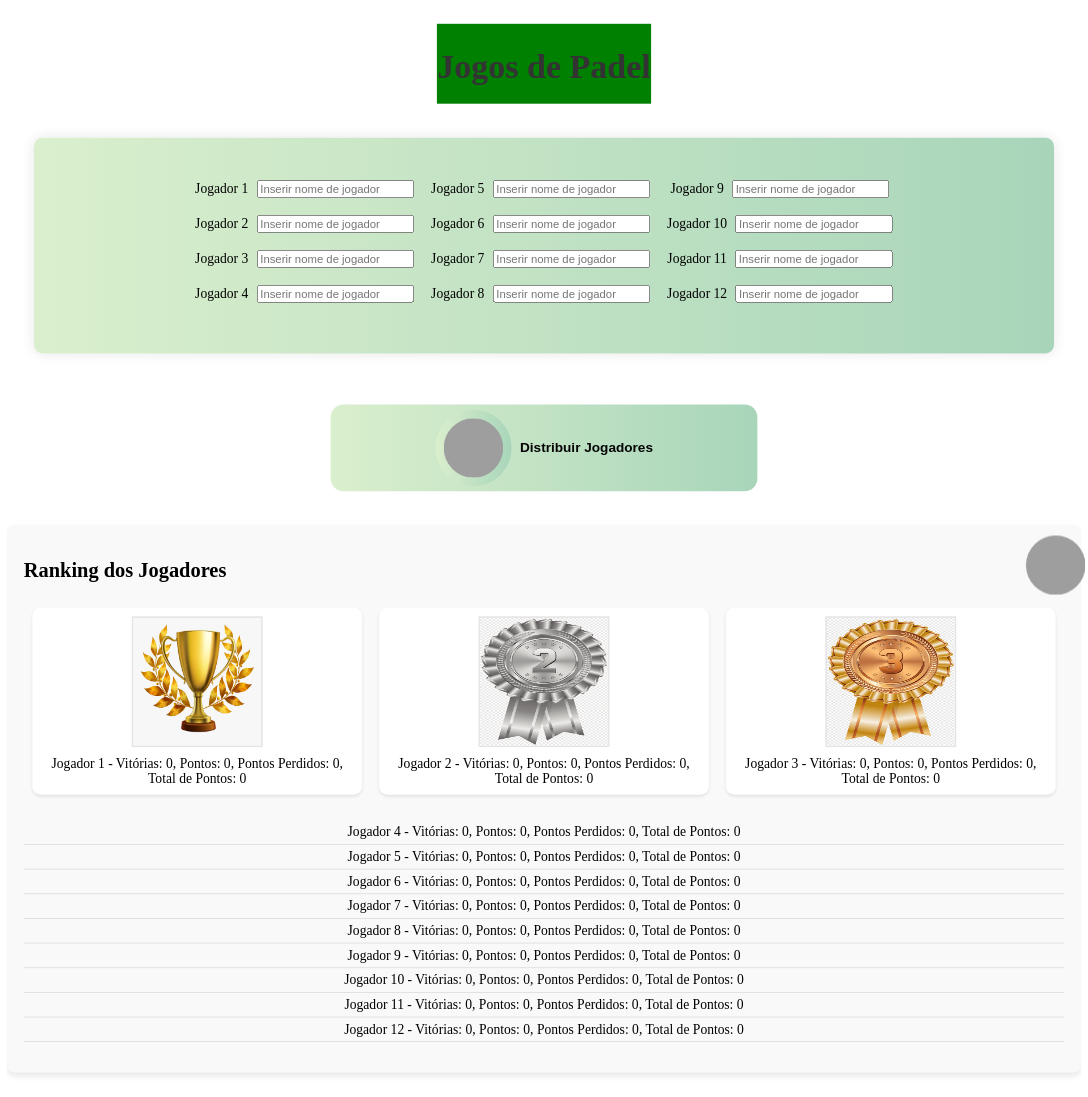
Repository: MarcioMiguel22/PadelMaster
Page: /calculadora
These files come from the project's save history. The page is drawn as it stood at one moment and after the next save; the edit follows.
The browser window is 1280 px wide. The pictures show the whole page, at 85% of full size.
Pictures or frames that could not be fetched are drawn as grey boxes. The project was rebuilt for these pictures with package versions that can differ from the ones it lists, and the page was loaded fresh each time. Also part of the build but not shown: vite.config.ts, src/pages/Home/Home.tsx, src/components/components_calculadora/TrocarJogadoresButton.module.css, src/components/components_calculadora/TrocarJogadoresButton.tsx, src/components/components_calculadora/Campo.tsx, src/components/components_calculadora/Jogo.tsx, src/components/components_calculadora/ExportButton.module.css, src/components/components_calculadora/ExportButton.tsx and 5 more.

Above is the page before, as saved 2024-06-20 10:10:20.

### src/main.tsx
///home/marciomiguel/code/MarcioMiguel22/Sites/PadelMaster/src/main.tsx
import { render } from 'react-dom';
import { StrictMode } from 'react';
import App from './App';
import './index.css';

const root = document.getElementById('root')!;
render(
  <StrictMode>
    <App />
  </StrictMode>,
  root
);

### src/App.tsx

///home/marciomiguel/code/MarcioMiguel22/Sites/PadelMaster/src/App.tsx

import { BrowserRouter, Routes, Route } from 'react-router-dom';
import Home from './pages/Home/Home';
import Calculadora from './pages/Calculadora/Calculadora';
import PlayerComponent from './pages/Player/playerComponent';
function App() {
  return (
    <BrowserRouter>
      <Routes>
        <Route path="/" element={<Home />} />
        <Route path="/calculadora" element={<Calculadora />} /> // Wrap Calculadora component with curly braces
        <Route path="/player-component" element={<PlayerComponent />} />
      </Routes>
    </BrowserRouter>
  );
}

export default App

### src/pages/Home/Home.module.css
.padelContainer {
  display: flex;
  flex-direction: column;
  align-items: center;
  justify-content: center;
  text-align: center;
  background-color: white;
  padding: 20px;
  border-radius: 10px;
  box-shadow: 0 0 10px rgba(0, 0, 0, 0.1);
  height: 100vh;
}

h1 {
  color: #333;
  margin-bottom: 20px;
}

.content {
  display: flex;
  flex-direction: column;
  align-items: center;
}

.padelImage {
  max-width: 50%; /* Increase this if necessary */
  width: auto;
  height: auto;
  border-radius: 10px;
  margin-bottom: 20px;
}

.enterButton {
  background-image: url('../../assets/images/tennis-ball.png'); /* Ensure the path is correct */
  background-size: cover;
  width: 60px;
  height: 60px;
  border: none;
  border-radius: 50%;
  cursor: pointer;
}

.enterButton:hover {
  transform: scale(2.0);
}

### src/components/components_calculadora/JogadoresLista.tsx
import React, { useRef, useEffect, useState } from 'react';
import JogadorItem, { InputRef } from './JogadorItem';
import { Jogador } from '../../utils/types/types';

interface JogadoresListaProps {
  jogadores: Jogador[];
  handleNomeChange: (id: number, novoNome: string) => void;
}

const JogadoresLista: React.FC<JogadoresListaProps> = ({ jogadores, handleNomeChange }) => {
  const [localJogadores, setLocalJogadores] = useState<Jogador[]>([]);
  const inputRefs = useRef<(InputRef | null)[]>([]);

  useEffect(() => {
    const storedJogadores = localStorage.getItem('jogadores');
    if (storedJogadores) {
      setLocalJogadores(JSON.parse(storedJogadores));
    } else {
      setLocalJogadores(jogadores);
    }
  }, [jogadores]);

  const focusNextInput = (index: number) => {
    if (index < inputRefs.current.length - 1) {
      inputRefs.current[index + 1]?.focus();
    }
  };

  const handleNomeChangeWithStorage = (id: number, novoNome: string) => {
    handleNomeChange(id, novoNome);
    const updatedJogadores = localJogadores.map(jogador =>
      jogador.id === id ? { ...jogador, nome: novoNome } : jogador
    );
    setLocalJogadores(updatedJogadores);
    localStorage.setItem('jogadores', JSON.stringify(updatedJogadores));
  };

  return (
    <div className="jogadores-lista">
      {Array.from({ length: 3 }, (_, i) => (
        <div className="jogadores-coluna" key={i}>
          {localJogadores.slice(i * 4, (i + 1) * 4).map((jogador, jIndex) => (
            <JogadorItem
              key={jogador.id}
              jogador={jogador}
              handleNomeChange={handleNomeChangeWithStorage}
              focusNextInput={() => focusNextInput(i * 4 + jIndex)}
              ref={(el) => (inputRefs.current[i * 4 + jIndex] = el)}
            />
          ))}
        </div>
      ))}
    </div>
  );
};

export default JogadoresLista;

### src/components/components_calculadora/Ranking.tsx
import React from 'react';
import ouro from '../../assets/images/ouro.png';
import prata from '../../assets/images/prata.png';
import bronze from '../../assets/images/bronze.png';
import styles from './Ranking.module.css';

interface Jogador {
  id: number;
  nome: string;
  vitorias: number;
  pontos: number;
  pontosPerdidos: number;
  totalPontos: number; // Adicione esta linha
}

interface RankingProps {
  jogadoresClassificados: Jogador[];
}

const Ranking: React.FC<RankingProps> = ({ jogadoresClassificados }) => {
  const top3 = jogadoresClassificados.slice(0, 3);
  const outrosJogadores = jogadoresClassificados.slice(3);

  const medalhas = [ouro, prata, bronze];

  return (
    <div className={styles.rankingContainer}>
      <h2>Ranking dos Jogadores</h2>
      <div className={styles.top3Container}>
        {top3.map((jogador, index) => (
          <div key={jogador.id} className={styles.top3Item}>
            <img src={medalhas[index]} alt={`Medalha de ${index + 1}`} className={styles.medalha} />
            {jogador.nome} - Vitórias: {jogador.vitorias}, Pontos: {jogador.pontos}, Pontos Perdidos: {jogador.pontosPerdidos}, Total de Pontos: {jogador.totalPontos}
          </div>
        ))}
      </div>
      <ul className={styles.outrosJogadores}>
        {outrosJogadores.map((jogador) => (
          <li key={jogador.id}>
            {jogador.nome} - Vitórias: {jogador.vitorias}, Pontos: {jogador.pontos}, Pontos Perdidos: {jogador.pontosPerdidos}, Total de Pontos: {jogador.totalPontos}
          </li>
        ))}
      </ul>
    </div>
  );
};

export default Ranking;

### src/components/components_calculadora/ScrollToTopButton.tsx
import React, { useState } from 'react';
import tennisBall from '../../assets/images/tennis-ball.png';
import styles from './ScrollToTopButton.module.css';

interface ScrollToTopButtonProps {
  refs: (React.RefObject<HTMLDivElement> | HTMLDivElement | null)[];
}

const ScrollToTopButton: React.FC<ScrollToTopButtonProps> = ({ refs }) => {
  const [animation, setAnimation] = useState<string>('');

  const handleScroll = () => {
    if (window.scrollY > 0) {
      setAnimation(styles.bounce);
      setTimeout(() => {
        window.scrollTo({ top: 0, behavior: 'smooth' });
        setAnimation('');
      }, 500);
    } else {
      setAnimation(styles.disappear);
      setTimeout(() => {
        refs.forEach((ref) => {
          if (ref && 'current' in ref) {
            ref.current?.scrollIntoView({ behavior: 'smooth' });
          } else if (ref) {
            (ref as HTMLDivElement).scrollIntoView({ behavior: 'smooth' });
          }
        });
        setAnimation('');
      }, 500);
    }
  };

  return (
    <button onClick={handleScroll} className={styles.scrollToTop}>
      <img src={tennisBall} alt="Tennis Ball" className={`${styles.tennisBall} ${animation}`} />
    </button>
  );
};

export default ScrollToTopButton;

### src/components/components_calculadora/DistributeButton.tsx
//src/components/components_calculadora/DistributeButton.tsx
import React from 'react';
import tennisBall from '../../assets/images/tennis-ball.png';
import styles from './DistributeButton.module.css'; // Importando o arquivo CSS Module

const DistributeButton: React.FC<{ onClick: () => void }> = ({ onClick }) => {
  return (
    <div className={styles.container}>
      <button onClick={onClick} className={styles.distributeButton}>
        <img src={tennisBall} alt="Tennis Ball" className={styles.tennisBall} />
        <span className={styles.label}>Distribuir Jogadores</span>
      </button>
    </div>
  );
};

export default DistributeButton;

### src/utils/gameLogic.ts
// src/utils/gameLogic.ts

import { Jogador, Time, Campo as CampoType } from '../utils/types/types';
import { embaralharArray } from './utils'; // Importe a função de embaralhamento do utils.ts

export const criarTimes = (jogadores: Jogador[]): Time[] => {
  const jogadoresEmbaralhados = embaralharArray(jogadores);
  const times: Time[] = [];
  for (let i = 0; i < jogadoresEmbaralhados.length; i += 2) {
    times.push({ jogadores: jogadoresEmbaralhados.slice(i, i + 2), resultado: 0 });
  }
  return times;
};

export const criarCampos = (times: Time[]): CampoType[] => [
  { id: 1, times: times.slice(0, 2) },
  { id: 2, times: times.slice(2, 4) },
  { id: 3, times: times.slice(4, 6) },
];

export const atualizarRanking = (jogadores: Jogador[], jogos: CampoType[][]) => {
  const jogadoresAtualizados = [...jogadores].map(jogador => {
    let vitorias = 0;
    let pontos = 0;
    let pontosPerdidos = 0;
    jogos.forEach(jogo => {
      jogo.forEach(campo => {
        campo.times.forEach(time => {
          if (time.jogadores.some(j => j.id === jogador.id)) {
            pontos += time.resultado;
            const oponente = campo.times[1 - campo.times.indexOf(time)];
            pontosPerdidos += oponente.resultado;
            if (time.resultado > oponente.resultado) {
              vitorias += 1;
            }
          }
        });
      });
    });
    const totalPontos = pontos - pontosPerdidos;
    return { ...jogador, vitorias, pontos, pontosPerdidos, totalPontos };
  });

  return jogadoresAtualizados.sort((a, b) => {
    if (b.totalPontos === a.totalPontos) {
      if (b.vitorias === a.vitorias) {
        return b.pontos - a.pontos;
      }
      return b.vitorias - a.vitorias;
    }
    return b.totalPontos - a.totalPontos; // Maior totalPontos classifica mais alto
  });
};

export const trocarJogadores = (jogos: CampoType[][], campoId: number) => {
  const novosJogos = [...jogos];
  const ultimoJogo = novosJogos[novosJogos.length - 1];
  const campo = ultimoJogo.find(c => c.id === campoId);
  if (!campo) return novosJogos;

  const [time1, time2] = campo.times;
  const jogadoresCampo = [...time1.jogadores, ...time2.jogadores];

  // Embaralhar jogadores que chegaram ao campo
  const jogadoresEmbaralhados = embaralharArray(jogadoresCampo);

  campo.times = [
    { jogadores: jogadoresEmbaralhados.slice(0, 2), resultado: 0 },
    { jogadores: jogadoresEmbaralhados.slice(2, 4), resultado: 0 },
  ];

  return novosJogos;
};

export const iniciarProximoJogo = (jogos: CampoType[][]) => {
  const ultimoJogo = jogos[jogos.length - 1];
  const novosCampos: CampoType[] = [
    { id: 1, times: [] },
    { id: 2, times: [] },
    { id: 3, times: [] },
  ];

  const campo1 = ultimoJogo.find(campo => campo.id === 1);
  const campo2 = ultimoJogo.find(campo => campo.id === 2);
  const campo3 = ultimoJogo.find(campo => campo.id === 3);

  if (campo1 && campo2 && campo3) {
    const [time1Campo1, time2Campo1] = campo1.times;
    const [time1Campo2, time2Campo2] = campo2.times;
    const [time1Campo3, time2Campo3] = campo3.times;

    const vencedoresCampo1 = time1Campo1.resultado > time2Campo1.resultado ? time1Campo1.jogadores : time2Campo1.jogadores;
    const perdedoresCampo1 = time1Campo1.resultado > time2Campo1.resultado ? time2Campo1.jogadores : time1Campo1.jogadores;

    const vencedoresCampo2 = time1Campo2.resultado > time2Campo2.resultado ? time1Campo2.jogadores : time2Campo2.jogadores;
    const perdedoresCampo2 = time1Campo2.resultado > time2Campo2.resultado ? time2Campo2.jogadores : time1Campo2.jogadores;

    const vencedoresCampo3 = time1Campo3.resultado > time2Campo3.resultado ? time1Campo3.jogadores : time2Campo3.jogadores;
    const perdedoresCampo3 = time1Campo3.resultado > time2Campo3.resultado ? time2Campo3.jogadores : time1Campo3.jogadores;

    // Campo 1: vencedores do campo 1 e vencedores do campo 2
    novosCampos[0].times.push(
      { jogadores: [vencedoresCampo1[0], vencedoresCampo2[0]], resultado: 0 },
      { jogadores: [vencedoresCampo1[1], vencedoresCampo2[1]], resultado: 0 }
    );

    // Campo 2: perdedores do campo 1 e vencedores do campo 3
    novosCampos[1].times.push(
      { jogadores: [perdedoresCampo1[0], vencedoresCampo3[0]], resultado: 0 },
      { jogadores: [perdedoresCampo1[1], vencedoresCampo3[1]], resultado: 0 }
    );

    // Campo 3: perdedores do campo 2 e perdedores do campo 3
    novosCampos[2].times.push(
      { jogadores: [perdedoresCampo2[0], perdedoresCampo3[0]], resultado: 0 },
      { jogadores: [perdedoresCampo2[1], perdedoresCampo3[1]], resultado: 0 }
    );
  }

  return [...jogos, novosCampos];
};

### src/utils/playerUtils.ts
// src/utils/playerUtils.ts

import { Jogador } from '../utils/types/types';

export const handleNomeChange = (jogadores: Jogador[], id: number, novoNome: string): Jogador[] => {
  return jogadores.map(jogador =>
    jogador.id === id ? { ...jogador, nome: novoNome } : jogador
  );
};

export const selecionarJogador = (jogadoresSelecionados: Jogador[], jogador: Jogador): Jogador[] => {
  if (jogadoresSelecionados.includes(jogador)) {
    return jogadoresSelecionados.filter(j => j.id !== jogador.id);
  } else {
    if (jogadoresSelecionados.length < 2) {
      return [...jogadoresSelecionados, jogador];
    } else {
      return jogadoresSelecionados;
    }
  }
};

### src/utils/resultUtils.ts
// src/utils/resultUtils.ts

import { Campo as CampoType } from '../utils/types/types';

export const todosResultadosInseridos = (jogos: CampoType[][]): boolean => {
  return jogos.length > 0 && jogos.every(jogo =>
    jogo.every(campo =>
      campo.times.every(time =>
        typeof time.resultado === 'number'
      )
    )
  );
};

### src/components/components_calculadora/Titulo.tsx
// src/components/Titulo.tsx
import React from 'react';
import styles from './Titulo.module.css';

interface TituloProps {
  texto: string;
}

const Titulo: React.FC<TituloProps> = ({ texto }) => {
  return (
    <div className={styles.container}>
      <h1 className={styles.titulo}>{texto}</h1>
    </div>
  );
};

export default Titulo;

### src/components/components_calculadora/JogadorItem.tsx

import React, { useState, useEffect, useRef, forwardRef, useImperativeHandle } from 'react';
import { Jogador } from '../../utils/types/types'; // Importando o tipo Jogador

interface JogadorItemProps {
  jogador: Jogador;
  handleNomeChange: (id: number, novoNome: string) => void;
  focusNextInput: () => void;
}

export interface InputRef {
  focus: () => void;
}

const JogadorItem = forwardRef<InputRef, JogadorItemProps>(({ jogador, handleNomeChange, focusNextInput }, ref) => {
  const [nome, setNome] = useState('');
  const inputRef = useRef<HTMLInputElement>(null);

  useImperativeHandle(ref, () => ({
    focus: () => {
      inputRef.current?.focus();
    }
  }));

  useEffect(() => {
    // Set the initial value for the input
    setNome(jogador.nome === `Jogador ${jogador.id}` ? '' : jogador.nome);
  }, [jogador.nome, jogador.id]);

  const handleBlur = () => {
    if (nome.trim() === '') {
      handleNomeChange(jogador.id, `Jogador ${jogador.id}`);
      setNome('');
    } else {
      handleNomeChange(jogador.id, nome);
    }
  };

  const handleKeyDown = (e: React.KeyboardEvent) => {
    if (e.key === 'Enter') {
      focusNextInput();
    }
  };

  return (
    <div className="jogador-item">
      <label>{`Jogador ${jogador.id}`}</label>
      <input
        ref={inputRef}
        type="text"
        value={nome}
        onChange={(e) => setNome(e.target.value)}
        onBlur={handleBlur}
        onKeyDown={handleKeyDown}
        placeholder="Inserir nome de jogador"
      />
    </div>
  );
});

JogadorItem.displayName = "JogadorItem";

export default JogadorItem;

### src/components/components_calculadora/Ranking.module.css
/*src/components/components_calculadora/Ranking.module.css*/

.rankingContainer {
  padding: 20px;
  background-color: #f9f9f9;
  border-radius: 10px;
  box-shadow: 0 4px 8px rgba(0, 0, 0, 0.1);
}

.top3Container {
  display: flex;
  justify-content: space-around;
  margin-bottom: 20px;
  flex-wrap: wrap; /* Ensure items wrap in smaller screens */
}

.top3Item {
  display: flex;
  flex-direction: column;
  align-items: center;
  padding: 10px;
  background-color: #ffffff;
  border-radius: 10px;
  box-shadow: 0 2px 4px rgba(0, 0, 0, 0.1);
  text-align: center;
  margin: 10px; /* Added margin to ensure spacing between items */
  flex-basis: calc(33.33% - 20px); /* Ensure items take equal width, minus margins */
  box-sizing: border-box; /* Ensure padding is included in the element's width */
}

.medalha {
  width: 150px;
  height: 150px;
  margin-bottom: 10px;
  transition: transform 0.3s ease-in-out;
  object-fit: initial;
  background-color: transparent; /* Certifique-se de que o fundo é transparente */
  border: 2px solid rgba(0, 0, 0, 0.1); /* Adicione uma borda leve para verificar a transparência */
}


.medalha:hover {
  transform: scale(8);
  animation: pulse 1s infinite;
}

@keyframes pulse {
  0% {
    transform: scale(1.2);
  }
  50% {
    transform: scale(1.25);
  }
  100% {
    transform: scale(1.2);
  }
}

.outrosJogadores {
  list-style-type: none;
  padding: 0;
}

.outrosJogadores li {
  padding: 5px 0;
  border-bottom: 1px solid #ddd;
  text-align: center;
}

/* Media Queries for Smaller Screens */
@media screen and (max-width: 767px) {
  .top3Item {
    flex-basis: 25%; /* Two items per row on smaller screens */
  }
}

@media screen and (max-width: 479px) {
  .top3Item {
    flex-basis: 25%; /* One item per row on the smallest screens */
  }
}

### src/components/components_calculadora/ScrollToTopButton.module.css
.scrollToTop {
  position: fixed;
  bottom: 20px;
  left: 97%;
  transform: translateX(-50%);
  width: 70px;
  height: 70px;
  border: none;
  background: none;
  cursor: pointer;
  display: flex;
  align-items: center;
  justify-content: center;
  transition: transform 0.3s ease-in-out;
}

.tennisBall {
  width: 100%;
  height: 100%;
  position: absolute;
  border-radius: 50%;
}

@keyframes bounce {
  0%, 100% {
    transform: translateY(0);
  }
  50% {
    transform: translateY(-50px);
  }
}

@keyframes disappear {
  0% {
    opacity: 1;
    transform: translateY(0);
  }
  100% {
    opacity: 0;
    transform: translateY(50px);
  }
}

.bounce {
  animation: bounce 0.5s ease-in-out;
}

.disappear {
  animation: disappear 0.5s forwards;
}

### src/components/components_calculadora/DistributeButton.module.css
/*src/components/components_calculadora/DistributeButton.module.css*/
.container {
  width: 500px;
  height: 100px;
  background: linear-gradient(to right, #daefcd, #a8d5ba);
  padding: 1px;
  border-radius: 15px;
  display: flex;
  justify-content: center;
  align-items: center;
  margin-top: 20px;
}

.distributeButton {
  position: relative; /* Ajuste a posição conforme necessário */
  width: auto;
  height: 70px;
  border: none;
  background: none;
  cursor: pointer;
  display: flex;
  align-items: center;
  justify-content: center;
  flex-direction: row; /* Altera para linha */
}

.tennisBall {
  width: 70px;
  height: 70px;
  background: linear-gradient(to right, #daefcd, #a8d5ba); /* Adiciona fundo à imagem */
  border-radius: 50%; /* Para garantir que o fundo se ajuste à forma da bola */
  padding: 10px; /* Ajuste o padding conforme necessário */
}

.label {
  font-size: 16px;
  color: rgb(5, 5, 5);
  font-weight: bold;
  margin-left: 10px; /* Espaço entre a bola e o texto */
}

### src/utils/utils.ts
// src/utils/utils.ts

export const embaralharArray = <T,>(array: T[]): T[] => {
  const copiaArray = [...array];
  for (let i = copiaArray.length - 1; i > 0; i--) {
    const j = Math.floor(Math.random() * (i + 1));
    [copiaArray[i], copiaArray[j]] = [copiaArray[j], copiaArray[i]];
  }
  return copiaArray;
};

import { Jogador, Time, Campo as CampoType } from '../utils/types/types';

export const criarTimes = (jogadores: Jogador[]): Time[] => {
  const jogadoresEmbaralhados = embaralharArray(jogadores);
  const times: Time[] = [];
  for (let i = 0; i < jogadoresEmbaralhados.length; i += 2) {
    times.push({ jogadores: jogadoresEmbaralhados.slice(i, i + 2), resultado: 0 });
  }
  return times;
};

export const criarCampos = (times: Time[]): CampoType[] => [
  { id: 1, times: times.slice(0, 2) },
  { id: 2, times: times.slice(2, 4) },
  { id: 3, times: times.slice(4, 6) },
];

export const atualizarRanking = (jogadores: Jogador[], jogos: CampoType[][]) => {
  const jogadoresAtualizados = [...jogadores].map(jogador => {
    let vitorias = 0;
    let pontos = 0;
    let pontosPerdidos = 0;
    jogos.forEach(jogo => {
      jogo.forEach(campo => {
        campo.times.forEach(time => {
          if (time.jogadores.some(j => j.id === jogador.id)) {
            pontos += time.resultado;
            const oponente = campo.times[1 - campo.times.indexOf(time)];
            pontosPerdidos += oponente.resultado;
            if (time.resultado > oponente.resultado) {
              vitorias += 1;
            }
          }
        });
      });
    });
    const totalPontos = pontos - pontosPerdidos;
    return { ...jogador, vitorias, pontos, pontosPerdidos, totalPontos };
  });

  return jogadoresAtualizados.sort((a, b) => {
    if (b.totalPontos === a.totalPontos) {
      if (b.vitorias === a.vitorias) {
        return b.pontos - a.pontos;
      }
      return b.vitorias - a.vitorias;
    }
    return b.totalPontos - a.totalPontos; // Maior totalPontos classifica mais alto
  });
};

### src/components/components_calculadora/Titulo.module.css
/* src/components/Titulo.module.css */
.container {
  display: flex;
  justify-content: center;
  align-items: center;
  margin: 20px 0;
  background-color: green;
}

.titulo {
  font-size: 2.5em;
  text-align: center;
  color: #333;
}

Loaded but not shown: index.html (common file); src/pages/Calculadora/Calculadora.tsx (183 lines, source omitted); src/pages/Calculadora/Calculadora.css (279 lines, source omitted)

After the next save:
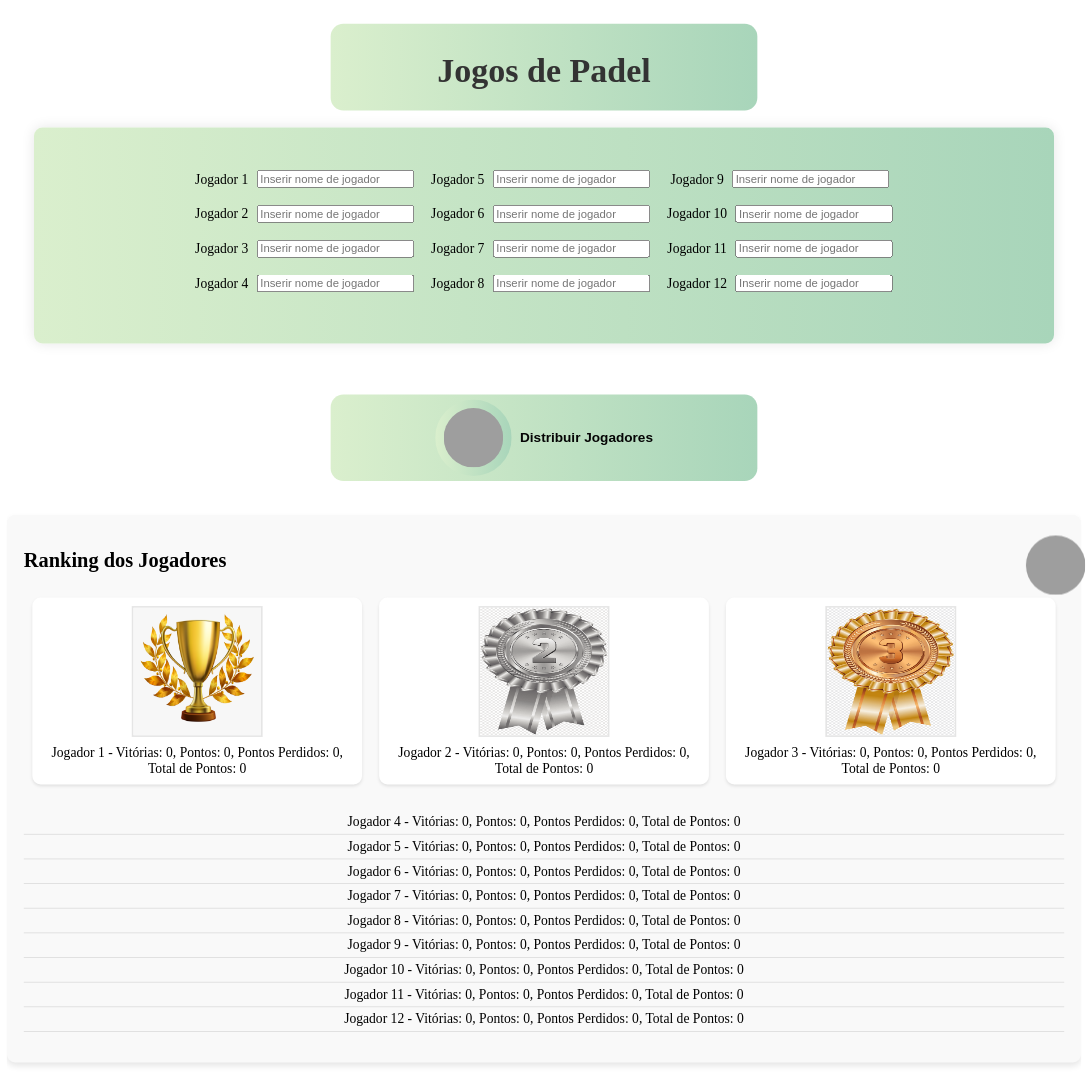
Saved 46 s later.
--- a/src/components/components_calculadora/Titulo.module.css
+++ b/src/components/components_calculadora/Titulo.module.css
@@ -1,10 +1,14 @@
 /* src/components/Titulo.module.css */
 .container {
+  width: 500px;
+  height: 100px;
+  background: linear-gradient(to right, #daefcd, #a8d5ba);
+  padding: 1px;
+  border-radius: 15px;
   display: flex;
   justify-content: center;
   align-items: center;
-  margin: 20px 0;
-  background-color: green;
+  margin-top: 20px;
 }
 
 .titulo {
